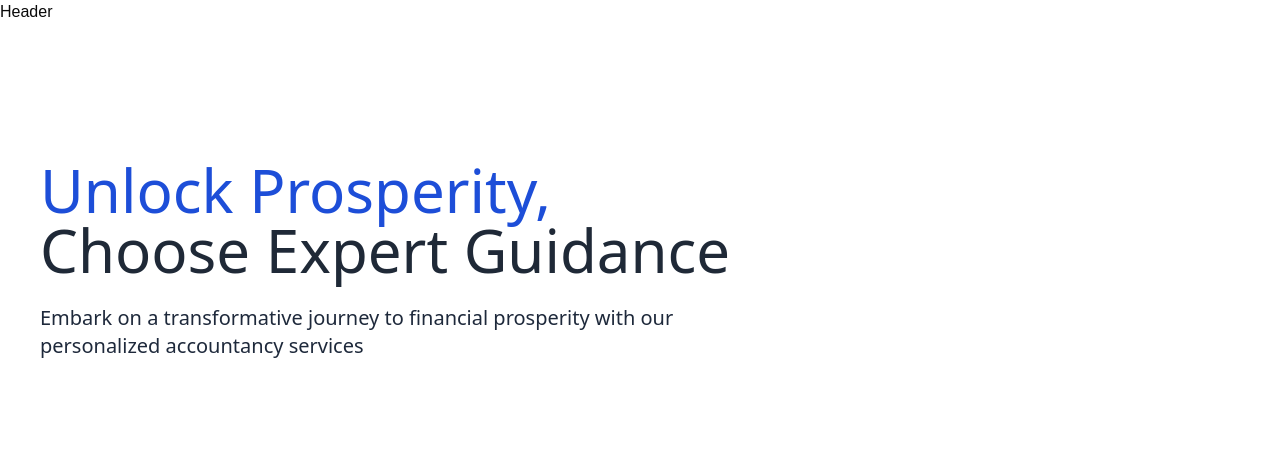
Repository: vespersolutionspk18/integrast-website
Page: /
These files come from the project's save history. The page is drawn as it stood at one moment and after the next save; the edit follows.
The browser window is 1280 px wide. The pictures show the whole page.
The project was rebuilt for these pictures with package versions that can differ from the ones it lists, and the page was loaded fresh each time. The framework's server and built-in components were replaced by stand-ins that run in the browser. Also part of the build but not shown: next.config.ts.

Above is the page before, as saved 2024-12-09 14:46:09.

### app/page.tsx
import Image from "next/image";
import Header from "./Header";
import Hero from "./Hero";

export default function Home() {
  return (
    <div>
      <Header />
      <Hero />
    </div>
  );
}

### app/Hero.tsx
import React from 'react'

const Hero = () => {
  return (
    <div className="flex flex-col p-10 ">
        <div className="flex flex-row mt-24 h-[280px] ">
            <div className="w-[60%] flex flex-col">
                <h1 className="font-light font-sans text-6xl text-blue-700">Unlock Prosperity, <span className="text-gray-800">Choose Expert Guidance</span></h1>
                <h4 className="text-xl font-sans text-slate-800 mt-6">Embark on a transformative journey to financial prosperity with our personalized accountancy services</h4>
            </div>
        </div>
    </div>
  )
}

export default Hero

Loaded but not shown: app/layout.tsx (common file); app/globals.css (common file); app/Header.tsx (common file); tailwind.config.ts (common file)

After the next save:
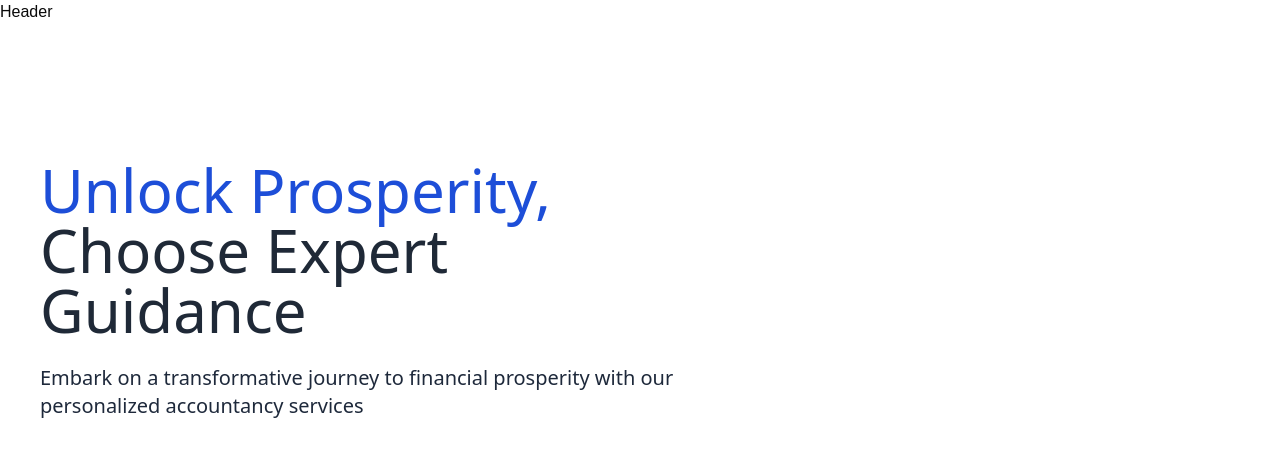
Saved 9 s later.
--- a/app/Hero.tsx
+++ b/app/Hero.tsx
@@ -4,7 +4,7 @@ const Hero = () => {
   return (
     <div className="flex flex-col p-10 ">
         <div className="flex flex-row mt-24 h-[280px] ">
-            <div className="w-[60%] flex flex-col">
+            <div className="w-[55%] flex flex-col">
                 <h1 className="font-light font-sans text-6xl text-blue-700">Unlock Prosperity, <span className="text-gray-800">Choose Expert Guidance</span></h1>
                 <h4 className="text-xl font-sans text-slate-800 mt-6">Embark on a transformative journey to financial prosperity with our personalized accountancy services</h4>
             </div>
